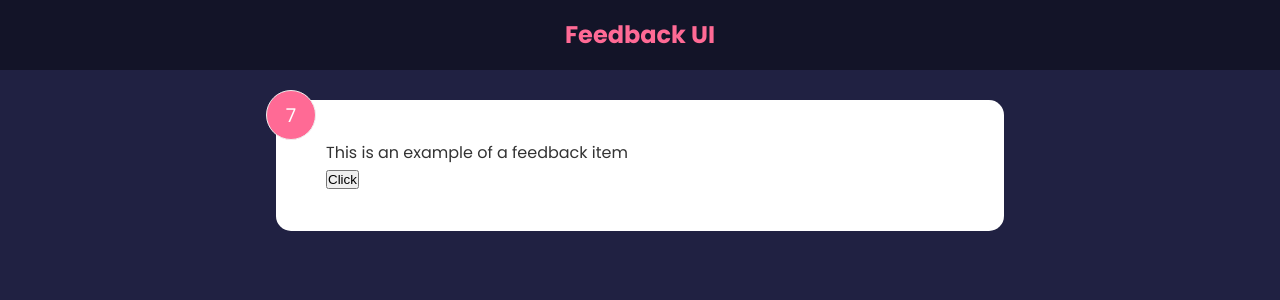
Repository: ErminiaDev/Feedback-app
Page: /
The author's editor kept a copy of each file at every save. The page is drawn from the files as they stood at one save, then again after a run of saves.
The browser window is 1280 px wide. The pictures show the whole page.
The project was rebuilt for these pictures with package versions that can differ from the ones it lists, and the page was loaded fresh each time.

Above is the page before, as saved 2023-02-06 17:10:11.

### public/index.html
<!DOCTYPE html>
<html lang="en">
  <head>
    <meta charset="utf-8" />
    <link rel="icon" href="%PUBLIC_URL%/favicon.ico" />
    <meta name="viewport" content="width=device-width, initial-scale=1" />
    <meta name="theme-color" content="#000000" />
    <meta
      name="description"
      content="Web site created using create-react-app"
    />
    <link rel="apple-touch-icon" href="%PUBLIC_URL%/logo192.png" />
    <link rel="manifest" href="%PUBLIC_URL%/manifest.json" />
    <title>Feedback-app</title>
  </head>
  <body>
    <noscript>You need to enable JavaScript to run this app.</noscript>
    <div id="root"></div>
  </body>
</html>

### src/index.js
import React from 'react'
import ReactDOM from 'react-dom'
import './index.css'
import App from './App'

ReactDOM.render(
	<React.StrictMode>
		<App />
	</React.StrictMode>,
document.getElementById('root')
)

### src/index.css
@import url('https://fonts.googleapis.com/css2?family=Poppins:wght@400;600;700&display=swap');

* {
  box-sizing: border-box;
  margin: 0;
  padding: 0;
}

body {
  font-family: 'Poppins', sans-serif;
  background-color: #202142;
  color: #fff;
  line-height: 1.6;
}

ul {
  list-style: none;
}

.container {
  max-width: 768px;
  margin: auto;
  padding: 0 20px;
}

header {
  height: 70px;
  width: 100%;
  display: flex;
  justify-content: space-between;
  align-items: center;
  margin-bottom: 30px;
}

.card {
  background-color: #fff;
  color: #333;
  border-radius: 15px;
  padding: 40px 50px;
  margin: 20px 0;
  position: relative;
}

.card.reverse {
  background-color: rgba(0, 0, 0, 0.4);
  color: #fff;
}

.card h2 {
  font-size: 22px;
  font-weight: 600;
  text-align: center;
}

.rating {
  display: flex;
  align-items: center;
  justify-content: space-around;
  margin: 30px 0 40px;
}

.rating li,
.num-display {
  position: relative;
  background: #f4f4f4;
  width: 50px;
  height: 50px;
  padding: 10px;
  text-align: center;
  border-radius: 50%;
  font-size: 19px;
  border: 1px #eee solid;
  transition: 0.3s;
}

.rating li label {
  position: absolute;
  top: 50%;
  left: 50%;
  width: 50px;
  height: 50px;
  padding: 10px;
  border-radius: 50%;
  transform: translate(-50%, -50%);
  cursor: pointer;
}

.rating li:hover,
.num-display {
  background: #ff6a95;
  color: #fff;
}

[type='radio'] {
  opacity: 0;
}

[type='radio']:checked ~ label {
  background: #ff6a95;
  color: #fff;
}

.input-group {
  display: flex;
  flex-direction: row;
  border: 1px solid #ccc;
  padding: 8px 10px;
  border-radius: 8px;
}

input {
  flex-grow: 2;
  border: none;
  font-size: 16px;
}

input:focus {
  outline: none;
}

.feedback-stats {
  color: #fff;
  display: flex;
  justify-content: space-between;
  align-items: center;
}

.num-display {
  position: absolute;
  top: -10px;
  left: -10px;
}

.close,
.edit {
  position: absolute;
  top: 10px;
  right: 20px;
  cursor: pointer;
  background: none;
  border: none;
}

.edit {
  right: 40px;
}

.btn {
  color: #fff;
  border: 0;
  border-radius: 8px;
  color: #fff;
  width: 100px;
  height: 40px;
  cursor: pointer;
}

.btn-primary {
  background-color: #202142;
}

.btn-secondary {
  background: #ff6a95;
}

.btn:hover {
  transform: scale(0.98);
  opacity: 0.9;
}

.btn:disabled {
  background-color: #cccccc;
  color: #333;
  cursor: auto;
}

.btn:disabled:hover {
  transform: scale(1);
  opacity: 1;
}

.message {
  padding-top: 10px;
  text-align: center;
  color: rebeccapurple;
}

/* FIX: Remove position: absolute to keep about icon at the bottom of the
 * document */
.about-link {
  display: flex;
  justify-content: flex-end;
}

/* FIX: Remove position: absolute to keep about icon at the bottom of the
 * document */
.about-link a {
  color: #fff;
  cursor: pointer;
}

.about-link a:hover {
  color: #ff6a95;
}

.about h1 {
  margin-bottom: 20px;
}

.about p {
  margin: 10px 0;
}

@media (max-width: 600px) {
  .rating li {
	margin: 10px 3px;
  }

  .rating {
	display: flex;
	align-items: center;
	justify-content: center;
	flex-wrap: wrap;
	margin: 30px 0 40px;
  }

  .input-group input {
	width: 80%;
  }
}

### src/App.js
import Header from "./components/header";
import FeedbackItem from "./components/FeedbackItem";

function App() {
	return (
		<>
			<Header />
			<div className="container">
				<FeedbackItem />
			</div>
		</>

	)
}

export default App;

### src/components/header.jsx
import PropTypes from 'prop-types'

const Header = ({ text, bgColor, textColor }) => {
	const headerStyles = {
		backgroundColor: bgColor,
		color: textColor
	}

	return (
		<header style={headerStyles}>
			<div className="container">
				<h2>{text}</h2>
			</div>
		</header>
	)
}

Header.defaultProps = {
	text: 'Feedback UI',
	bgColor: 'rgba(0,0,0,0.4)',
	textColor: '#ff6a95',
}

Header.propTypes = {
	text: PropTypes.string,
	bgColor: PropTypes.string,
	textColor: PropTypes.string,
}

export default Header

### src/components/FeedbackItem.jsx
import { useState } from "react"

const FeedbackItem = props => {
	const [rating, setRating] = useState(7)
	const [text, setText] = useState('This is an example of a feedback item')

	const handleClick = () => {
		setRating(10)
	}

	return (
		<div className="card">
			<div className="num-display">{rating}</div>
			<div className="text-display">{text}</div>
			<button onClick={handleClick}>Click</button>
		</div>
	)
}

FeedbackItem.propTypes = {

}

export default FeedbackItem

After the next 3 saves:
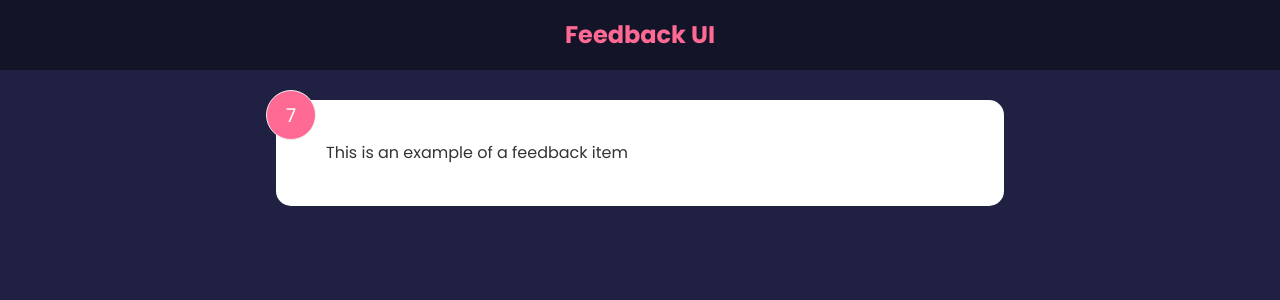
The 3 saves are shown as one change because 1 did not build or start and some came seconds apart.
The last was saved 2 min 12 s later.
--- a/src/components/FeedbackItem.jsx
+++ b/src/components/FeedbackItem.jsx
@@ -4,15 +4,10 @@ const FeedbackItem = props => {
 	const [rating, setRating] = useState(7)
 	const [text, setText] = useState('This is an example of a feedback item')
 
-	const handleClick = () => {
-		setRating(10)
-	}
-
 	return (
 		<div className="card">
 			<div className="num-display">{rating}</div>
 			<div className="text-display">{text}</div>
-			<button onClick={handleClick}>Click</button>
 		</div>
 	)
 }
